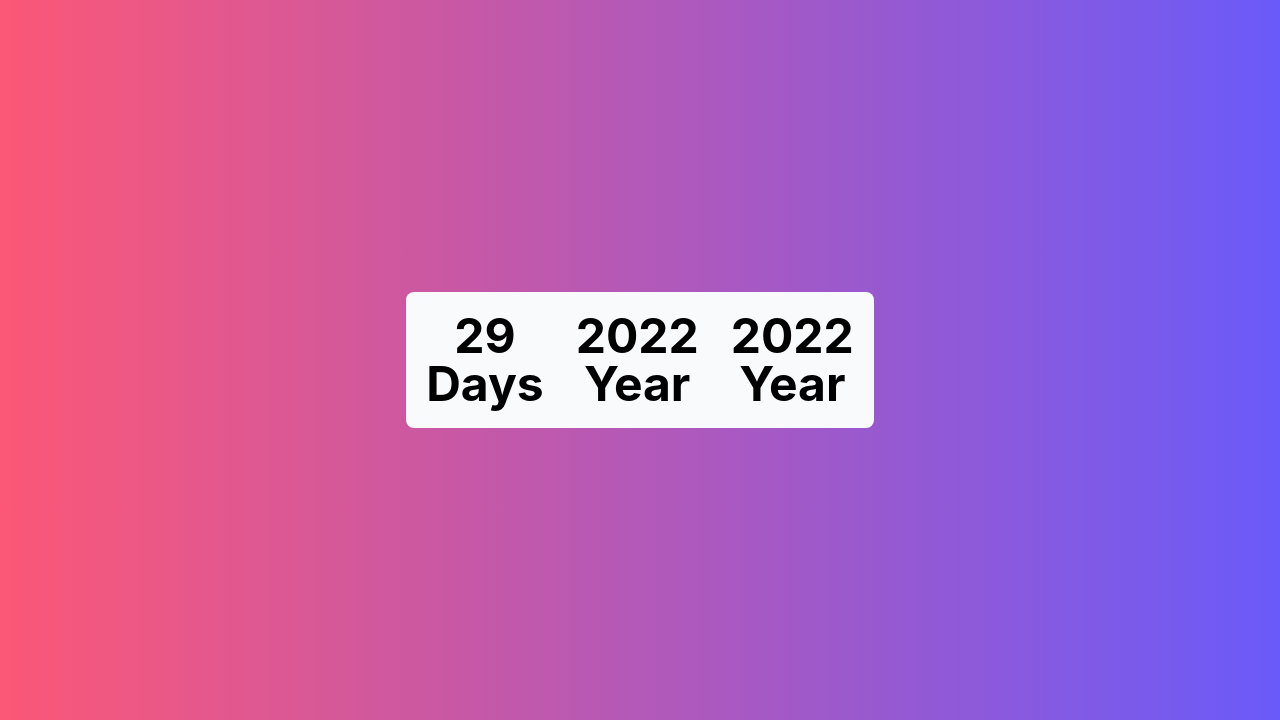
Repository: huynhsang96/bt_codegymHook
Page: /
The author's editor kept a copy of each file at every save. The page is drawn from the files as they stood at one save, then again after the next save.
The browser window is 1280 px wide. The pictures show the whole page.
The project was rebuilt for these pictures with package versions that can differ from the ones it lists, and the page was loaded fresh each time.

Above is the page before, as saved 2022-04-29 16:34:47.

After the next save:
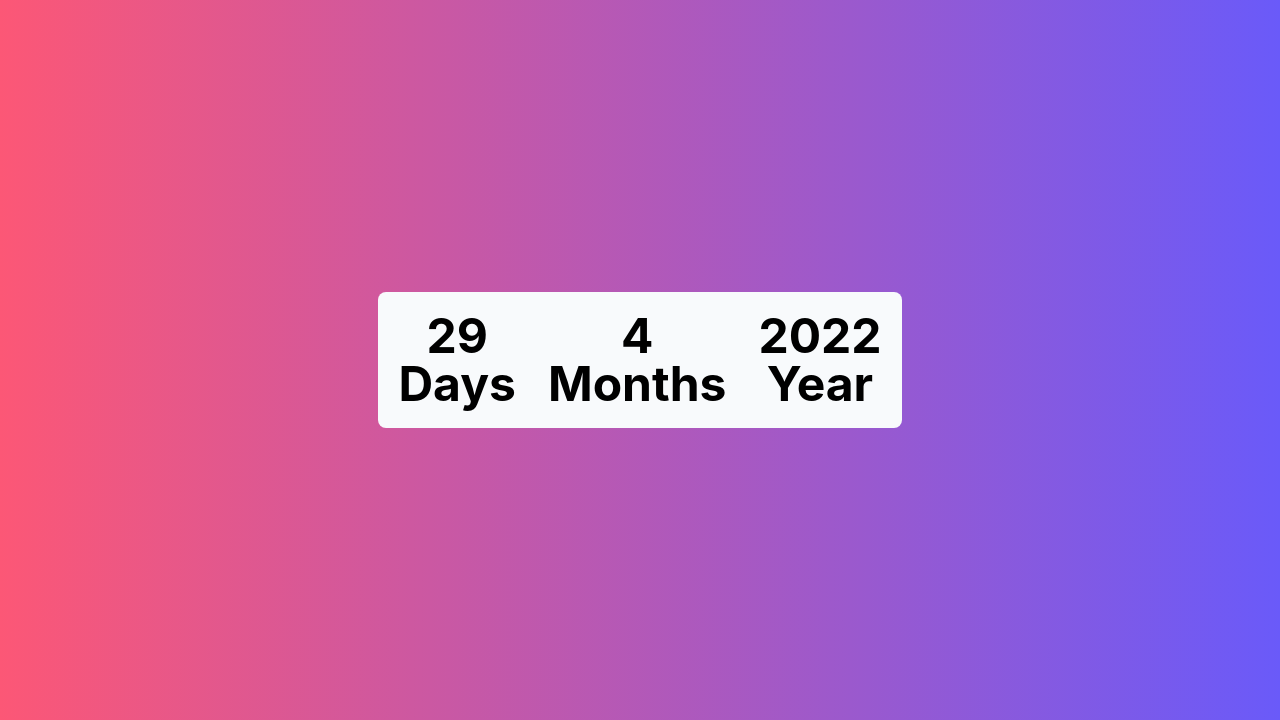
Saved 13 s later.
--- a/src/component/ClockHook/Clock.js
+++ b/src/component/ClockHook/Clock.js
@@ -25,8 +25,8 @@ const Clock = () => {
 					<span className="font-bold text-5xl">Days</span>
 				</li>
 				<li className="flex flex-col justify-center text-center">
-					<span className="font-bold text-5xl">{years}</span>
-					<span className="font-bold text-5xl">Year</span>
+					<span className="font-bold text-5xl">{months}</span>
+					<span className="font-bold text-5xl">Months</span>
 				</li>
 				<li className="flex flex-col justify-center text-center">
 					<span className="font-bold text-5xl">{years}</span>
